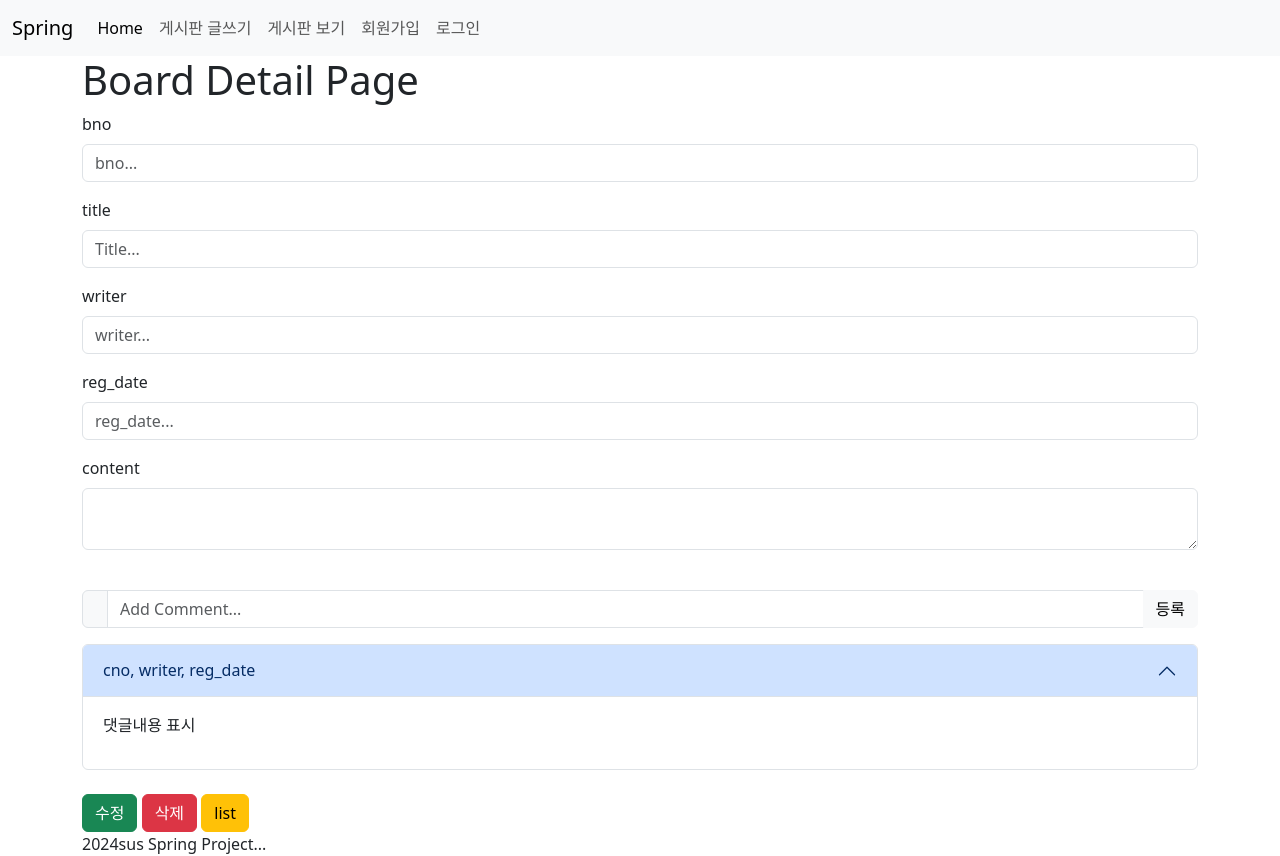
Repository: Ceciliaseon/springTest20240430
Page: http://localhost/spring_study/WEB-INF/views/board/detail.jsp
The author's editor kept a copy of each file at every save. The page is drawn from the files as they stood at one save, then again after the next save.
The browser window is 1280 px wide. The pictures show the whole page.
The page is served by Tomcat 9. Nobody is signed in. The template is opened directly, without the code that normally fills it, so the values that code supplies are empty.

Above is the page before, as saved 2024-04-26 03:03:49.

### spring_study/src/main/webapp/WEB-INF/views/board/detail.jsp
<%@ page language="java" contentType="text/html; charset=UTF-8"
    pageEncoding="UTF-8"%>

<jsp:include page="../layout/header.jsp" />

<div class="container-md">
	<h1>Board Detail Page</h1>

		<div class="mb-3">
		  <label for="n" class="form-label">bno</label>
		  <input type="text" class="form-control" name="bno" id="n" value="${bvo.bno }" placeholder="bno..." readonly="readonly">
		</div>
		<div class="mb-3">
		  <label for="t" class="form-label">title</label>
		  <input type="text" class="form-control" name="title" id="t" value="${bvo.title }" placeholder="Title..." readonly="readonly">
		</div>
		<div class="mb-3">
		  <label for="w" class="form-label">writer</label>
		  <input type="text" class="form-control" name="writer" id="w" value="${bvo.writer }" placeholder="writer..." readonly="readonly">
		</div>
		<div class="mb-3">
		  <label for="r" class="form-label">reg_date</label>
		  <input type="text" class="form-control" name="reg_date" id="r" value="${bvo.reg_date }" placeholder="reg_date..." readonly="readonly">
		</div>
		<div class="mb-3">
		  <label for="c" class="form-label">content</label>
		  <textarea class="form-control" id="c" name="content" aria-label="With textarea" readonly="readonly">${bvo.content }</textarea>
		</div>
		<br>
		<!-- Comment line -->
		<!-- 댓글등록라인 -->
		<div class="input-group mb-3">
		  <span class="input-group-text" id="cmtWriter">${ses.id }</span>
		  <input type="text" id="cmtText" class="form-control" placeholder="Add Comment..." aria-label="Username" aria-describedby="basic-addon1">
		  <button type="button" class="btn btn-light" id="cmtAddBtn">등록</button>
		</div>


		<!-- 댓글출력라인 -->
		<div class="accordion" id="accordionExample">

		  <div class="accordion-item">
		    <h2 class="accordion-header">
		      <button class="accordion-button" type="button" data-bs-toggle="collapse" data-bs-target="#collapseOne" aria-expanded="true" aria-controls="collapseOne">
		        cno, writer, reg_date
		      </button>
		    </h2>
		    <div id="collapseOne" class="accordion-collapse collapse show" data-bs-parent="#accordionExample">
		      <div class="accordion-body">
		        <p>댓글내용 표시</p>
		      </div>
		    </div>
		  </div>

		</div>
		<br>

		<a href="/board/modify?bno=${bvo.bno }"><button type="button" class="btn btn-success">수정</button></a>
		<a href="/board/remove?bno=${bvo.bno }"><button type="button" class="btn btn-danger">삭제</button></a>
		<a href="/board/list"><button type="button" class="btn btn-warning">list</button></a>
</div>

<jsp:include page="../layout/footer.jsp" />

### spring_study/src/main/webapp/WEB-INF/views/layout/header.jsp
<%@ page language="java" contentType="text/html; charset=UTF-8"
    pageEncoding="UTF-8"%>
    <%@ taglib uri="http://java.sun.com/jsp/jstl/core" prefix="c"%>
<!DOCTYPE html>
<html>
<head>
<meta charset="UTF-8">
<title>header.jsp</title>
<link href="https://cdn.jsdelivr.net/npm/bootstrap@5.3.3/dist/css/bootstrap.min.css" rel="stylesheet" integrity="sha384-QWTKZyjpPEjISv5WaRU9OFeRpok6YctnYmDr5pNlyT2bRjXh0JMhjY6hW+ALEwIH" crossorigin="anonymous">
<script src="https://cdn.jsdelivr.net/npm/bootstrap@5.3.3/dist/js/bootstrap.bundle.min.js" integrity="sha384-YvpcrYf0tY3lHB60NNkmXc5s9fDVZLESaAA55NDzOxhy9GkcIdslK1eN7N6jIeHz" crossorigin="anonymous"></script>
</head>
<body>

<nav class="navbar navbar-expand-lg bg-body-tertiary">
  <div class="container-fluid">
    <a class="navbar-brand" href="#">Spring</a>
    <button class="navbar-toggler" type="button" data-bs-toggle="collapse" data-bs-target="#navbarSupportedContent" aria-controls="navbarSupportedContent" aria-expanded="false" aria-label="Toggle navigation">
      <span class="navbar-toggler-icon"></span>
    </button>
    <div class="collapse navbar-collapse" id="navbarSupportedContent">
      <ul class="navbar-nav me-auto mb-2 mb-lg-0">
        <li class="nav-item">
          <a class="nav-link active" aria-current="page" href="/">Home</a>
        </li>
        <li class="nav-item">
          <a class="nav-link" href="/board/register">게시판 글쓰기</a>
        </li>
        <li class="nav-item">
          <a class="nav-link" href="/board/list">게시판 보기</a>
        </li>
        <li class="nav-item">
          <a class="nav-link" href="/member/register">회원가입</a>
        </li>
        <c:if test="${ses.id eq null }">
	        <li class="nav-item">
	          <a class="nav-link" href="/member/login">로그인</a>
	        </li>
        </c:if>
        <c:if test="${ses.id ne null }">
	        <li class="nav-item">
	          <a class="nav-link" href="/member/logout">로그아웃</a>
	        </li>
	        <li class="nav-item">
	          <a class="nav-link" href="/member/modify">${ses.id } (${ses.email }) 정보수정</a>
	        </li>
        </c:if>
      </ul>
    </div>
  </div>
</nav>

### spring_study/src/main/webapp/WEB-INF/views/layout/footer.jsp
<%@ page language="java" contentType="text/html; charset=UTF-8"
    pageEncoding="UTF-8"%>

<div class="container-md">
	2024sus Spring Project...
</div>

</body>
</html>

After the next save:
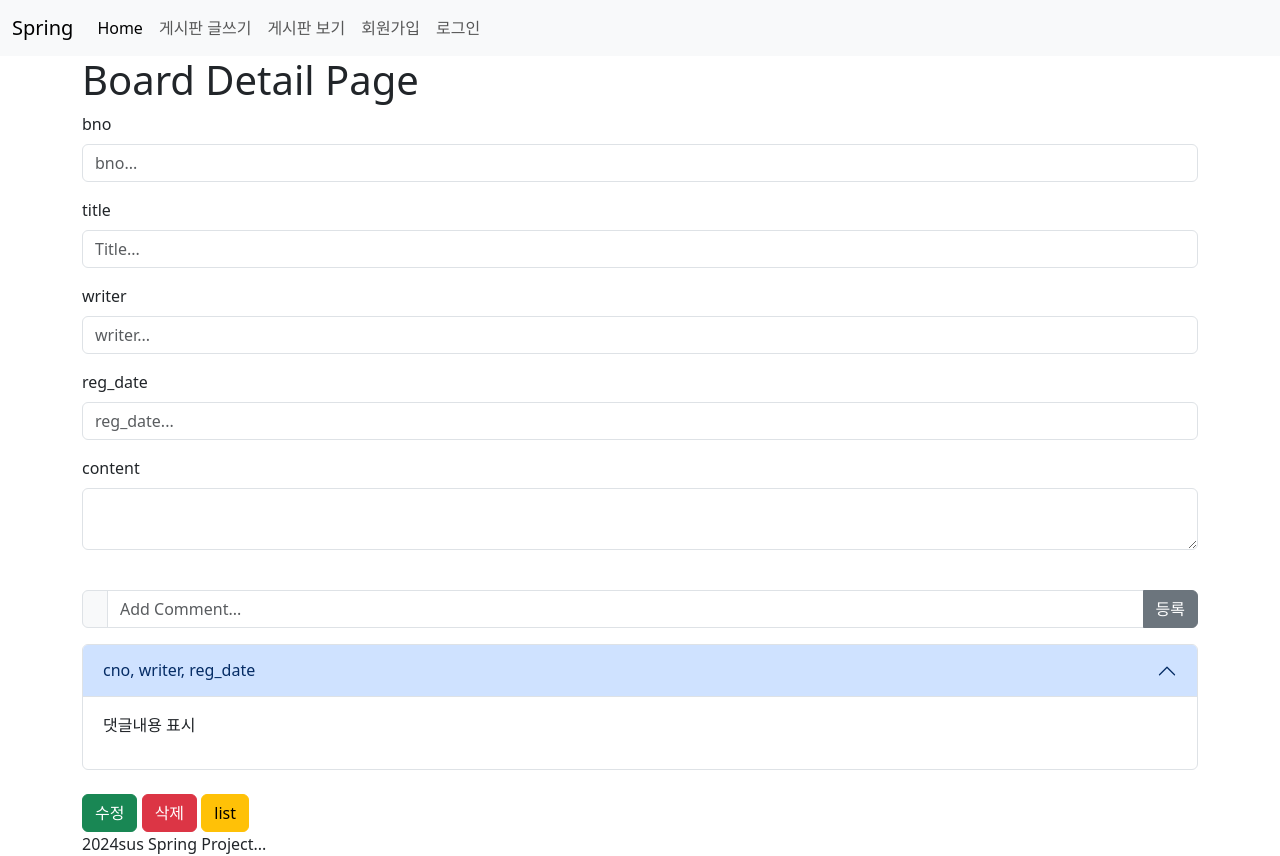
Saved 5 s later.
--- a/spring_study/src/main/webapp/WEB-INF/views/board/detail.jsp
+++ b/spring_study/src/main/webapp/WEB-INF/views/board/detail.jsp
@@ -32,7 +32,7 @@
 		<div class="input-group mb-3">
 		  <span class="input-group-text" id="cmtWriter">${ses.id }</span>
 		  <input type="text" id="cmtText" class="form-control" placeholder="Add Comment..." aria-label="Username" aria-describedby="basic-addon1">
-		  <button type="button" class="btn btn-light" id="cmtAddBtn">등록</button>
+		  <button type="button" class="btn btn-secondary" id="cmtAddBtn">등록</button>
 		</div>
 
 
